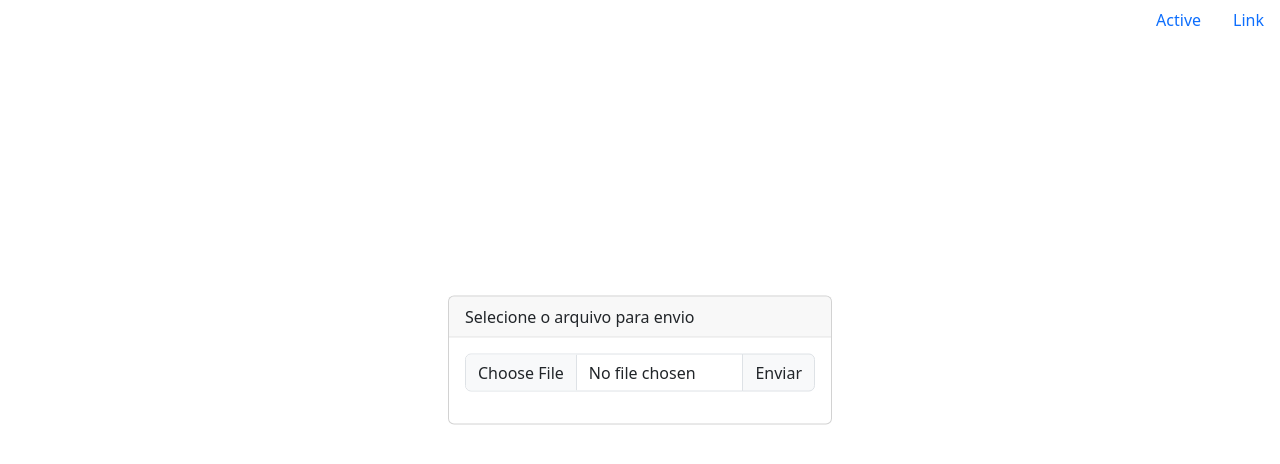
Repository: vandrecx/utilitaries
Page: http://localhost/login_archive/userpage.php
These files come from the project's save history. The page is drawn as it stood at one moment and after the next save; the edit follows.
The browser window is 1280 px wide. The pictures show the whole page.
The page is run by PHP 8.4 with error messages shown; the project is at /var/www/html/. The session is filled in as if someone had signed in: {"ID": "testuser", "Email": "test@example.com", "Name": "testuser"}.

Above is the page before, as saved 2024-04-25 10:51:34.

After the next save:
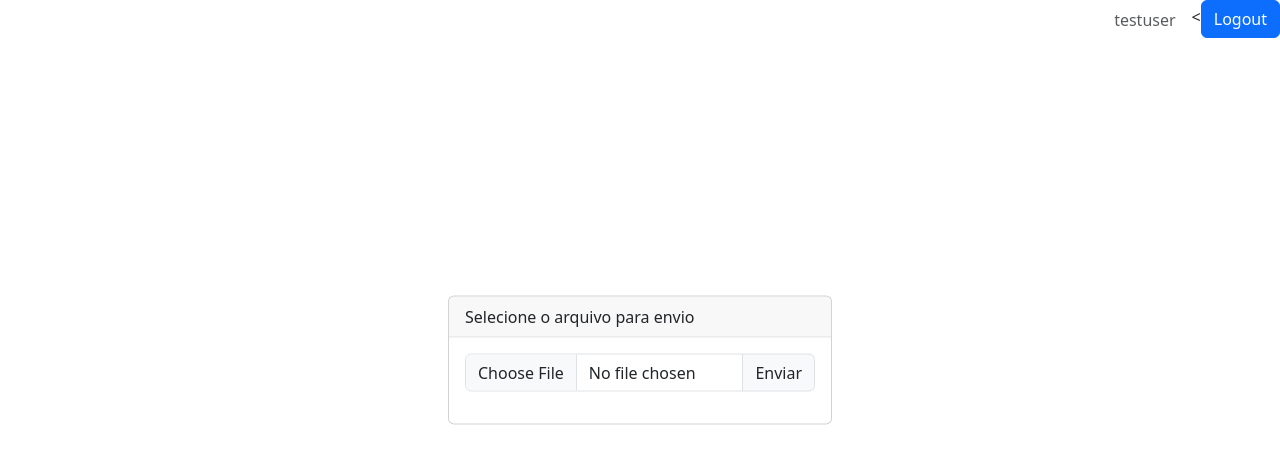
Saved 102 s later.
--- a/login_archive/userpage.php
+++ b/login_archive/userpage.php
@@ -21,10 +21,10 @@ $user_name = $_SESSION['Name'];
 <body>
     <ul class="nav justify-content-end">
         <li class="nav-item">
-            <a class="nav-link active" aria-current="page" href="#">Active</a>
+            <a class="nav-link disabled" aria-current="page" ><?php echo "$user_name"?></a>
         </li>
         <li class="nav-item">
-            <a class="nav-link active" href="#">Link</a>
+            <<a href="index.php" class="btn btn-primary">Logout</a>
         </li>
     </ul>
     <div class='card' style='width: 30%; justify-content: center; position: absolute; top: 50%; left: 50%; transform: translate(-50%, -50%);'>
